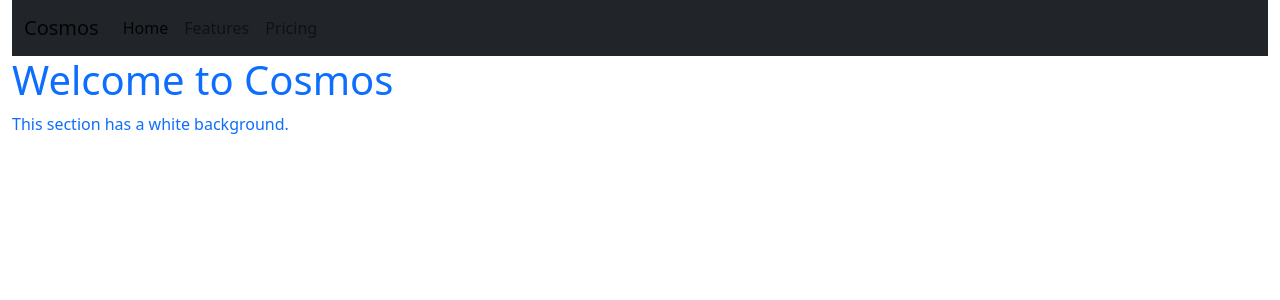
Repository: Dayvid0/BOOTSTRAP-TUTORIALS
Page: cosmos.example.html
An editor plug-in stored every save of this project. The page is shown before and after the next save, followed by the edit.
The browser window is 1280 px wide. The pictures show the whole page.

Above is the page before, as saved 2025-01-28 17:42:33.

### cosmos.example.html
<!doctype html>
<html lang="en">
  <head>
    <!-- Required meta tags -->
    <meta charset="utf-8">
    <meta name="viewport" content="width=device-width, initial-scale=1">
    <!-- Bootstrap CSS -->
    <link href="https://cdn.jsdelivr.net/npm/bootstrap@5.0.2/dist/css/bootstrap.min.css" rel="stylesheet" integrity="sha384-EVSTQN3/azprG1Anm3QDgpJLIm9Nao0Yz1ztcQTwFspd3yD65VohhpuuCOmLASjC" crossorigin="anonymous">
    <title>Cosmos-Example!</title>
  </head>
  <body>
    <div class="container-fluid bg-white">
      <!-- Navbar (with content)-->
      <nav class="navbar navbar-expand-lg navbar-light bg-dark text-white">
        <div class="container-fluid text-primary">
          <a class="navbar-brand" href="#">Cosmos</a>
          <button class="navbar-toggler" type="button" data-bs-toggle="collapse" data-bs-target="#navbarNav" aria-controls="navbarNav" aria-expanded="false" aria-label="Toggle navigation">
            <span class="navbar-toggler-icon"></span>
          </button>
          <div class="collapse navbar-collapse  id="navbarNav "> <!-- Fixed this line -->
            <ul class="navbar-nav">
              <li class="nav-item">
                <a class="nav-link active" aria-current="page" href="#">Home</a>
              </li>
              <li class="nav-item">
                <a class="nav-link" href="#">Features</a>
              </li>
              <li class="nav-item">
                <a class="nav-link" href="#">Pricing</a>
              </li>
            </ul>
          </div>
        </div>
      </nav>
    </div>
    <div class="container-fluid">
      <div class="row bg-white text-primary">
        <div class="col">
          <h1>Welcome to Cosmos</h1>
          <p>This section has a white background.</p>
        </div>
      </div>
    </div>
    <script src="https://cdn.jsdelivr.net/npm/bootstrap@5.0.2/dist/js/bootstrap.bundle.min.js" integrity="sha384-MrcW6ZMFYlzcLA8Nl+NtUVF0sA7MsXsP1UyJoMp4YLEuNSfAP+JcXn/tWtIaxVXM" crossorigin="anonymous"></script>
  </body>
</html>

After the next save:
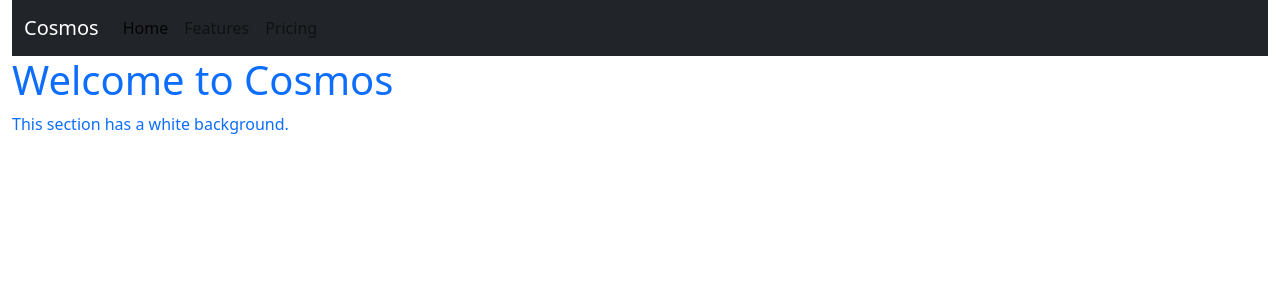
Saved 50 s later.
--- a/cosmos.example.html
+++ b/cosmos.example.html
@@ -13,7 +13,7 @@
       <!-- Navbar (with content)-->
       <nav class="navbar navbar-expand-lg navbar-light bg-dark text-white">
         <div class="container-fluid text-primary">
-          <a class="navbar-brand" href="#">Cosmos</a>
+          <a class="navbar-brand text-white" href="#">Cosmos</a>
           <button class="navbar-toggler" type="button" data-bs-toggle="collapse" data-bs-target="#navbarNav" aria-controls="navbarNav" aria-expanded="false" aria-label="Toggle navigation">
             <span class="navbar-toggler-icon"></span>
           </button>
